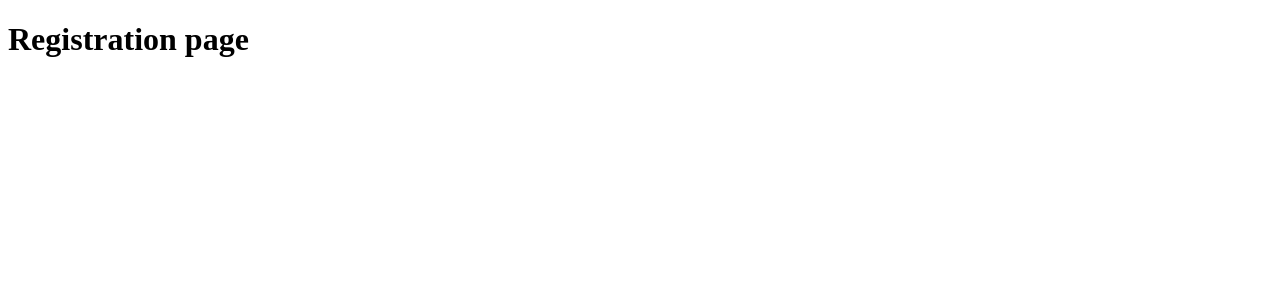
Repository: vikalp2910/VikalpRepo
Page: http://localhost/Proj01/views/registration.jsp
These files come from the project's save history. The page is drawn as it stood at one moment and after the next save; the edit follows.
The browser window is 1280 px wide. The pictures show the whole page.
The page is served by Tomcat 9. Other server files are loaded and not shown.

Above is the page before, as saved 2020-08-24 07:41:16.

### Proj01/src/main/webapp/views/registration.jsp
<%@ page language="java" contentType="text/html; charset=ISO-8859-1"
    pageEncoding="ISO-8859-1"%>
<!DOCTYPE html>
<html>
<head>
<meta charset="ISO-8859-1">
<title>Insert title here</title>
</head>
<body color="wheat">
  <h1>Registration page</h1>
</body>
</html>

After the next save:
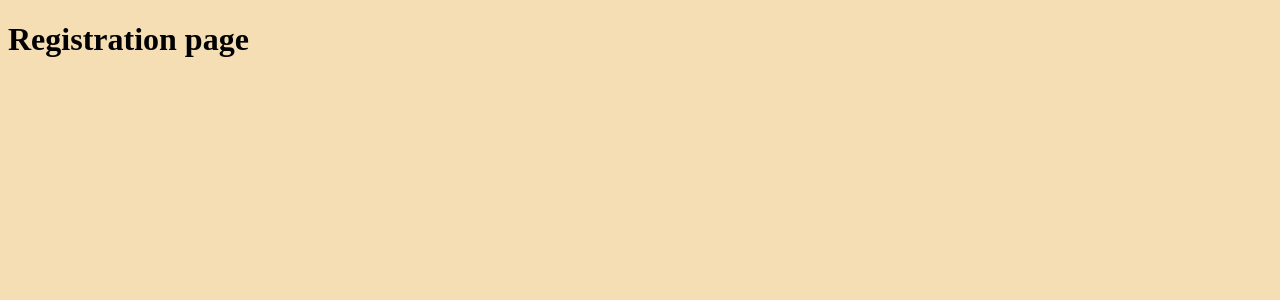
Saved 35 s later.
--- a/Proj01/src/main/webapp/views/registration.jsp
+++ b/Proj01/src/main/webapp/views/registration.jsp
@@ -6,7 +6,7 @@
 <meta charset="ISO-8859-1">
 <title>Insert title here</title>
 </head>
-<body color="wheat">
+<body bgcolor="wheat">
   <h1>Registration page</h1>
 </body>
 </html>
